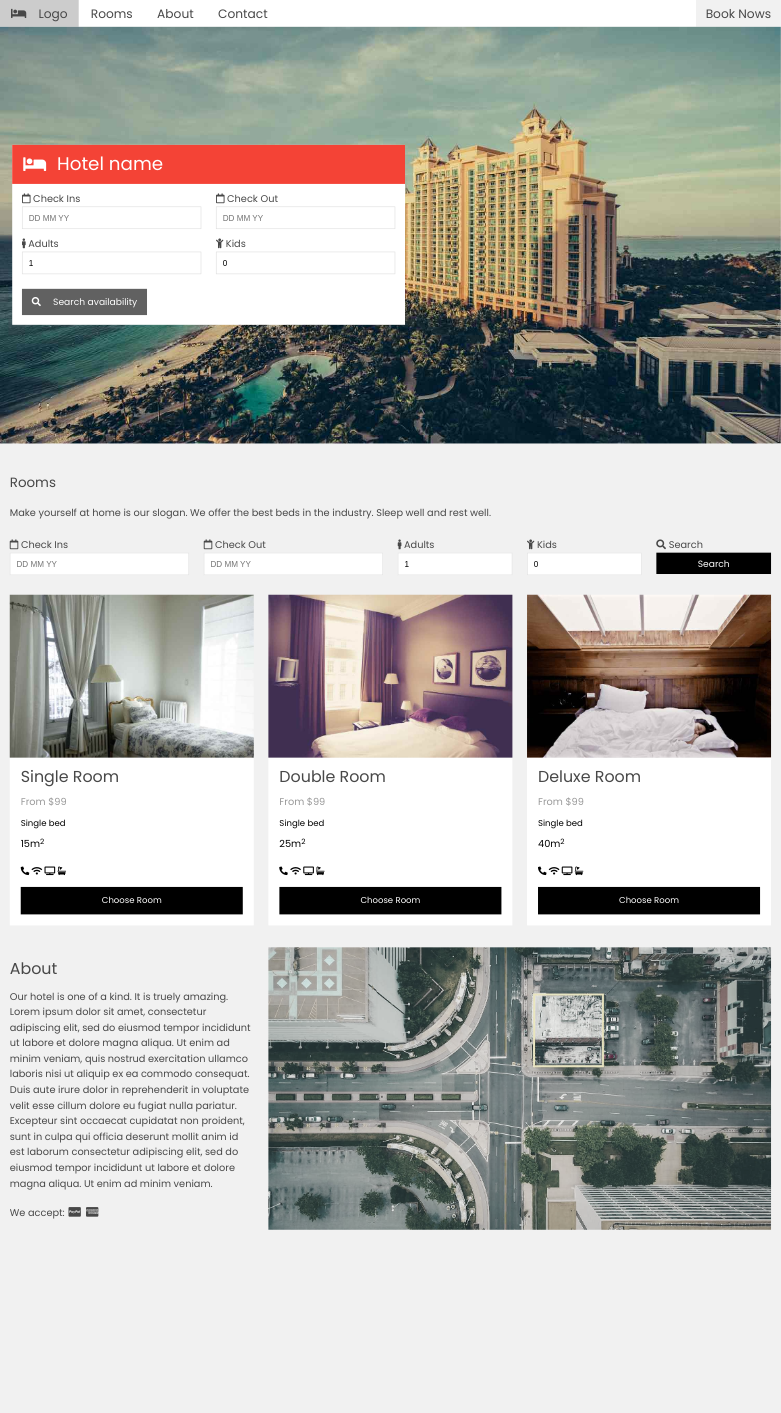
Repository: phamhuuloc/Travel_Template
Page: index.html
These files come from the project's save history. The page is drawn as it stood at one moment and after the next save; the edit follows.
The browser window is 1280 px wide. The pictures show the whole page, at 61% of full size.
The style sheet was rebuilt from its Sass, Less or Tailwind sources for each picture, by a compiler version that may differ from the author's.

Above is the page before, as saved 2021-09-18 10:21:03.

After the next save:
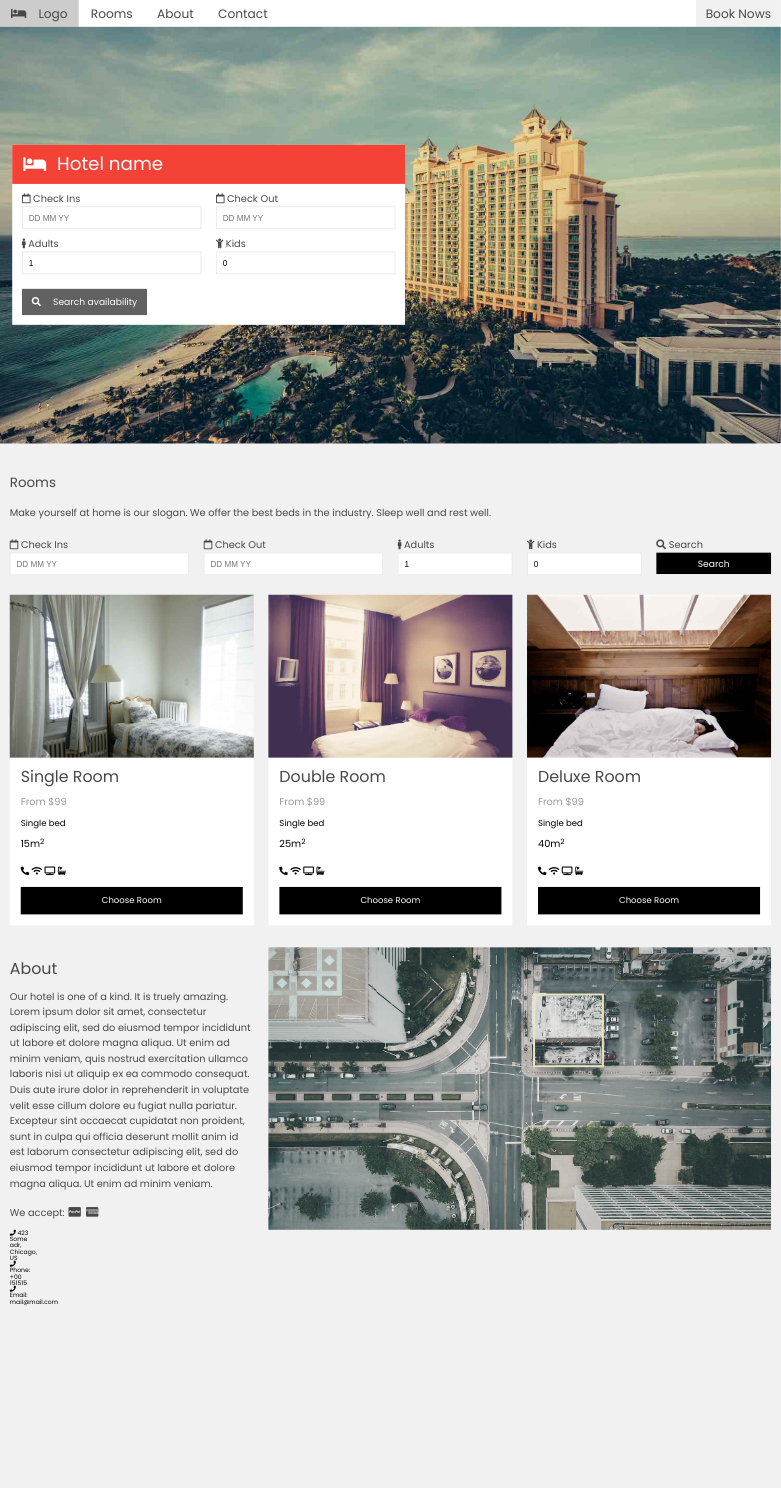
Saved 2 min 53 s later.
--- a/index.html
+++ b/index.html
@@ -265,9 +265,18 @@
         </div>
         <div class="row">
           <div class="local__contact">
-            <div class="local__contact-item col l-4"></div>
-            <div class="local__contact-item col l-4"></div>
-            <div class="local__contact-item col l-4"></div>
+            <div class="local__contact-item col l-4">
+              <i class="fas fa-phone local__contact-icon"></i>
+              423 Some adr, Chicago, US
+            </div>
+            <div class="local__contact-item col l-4">
+              <i class="fas fa-phone local__contact-icon"></i>
+              Phone: +00 151515
+            </div>
+            <div class="local__contact-item col l-4">
+              <i class="fas fa-phone local__contact-icon"></i>
+              Email: mail@mail.com
+            </div>
           </div>
         </div>
       </section>
